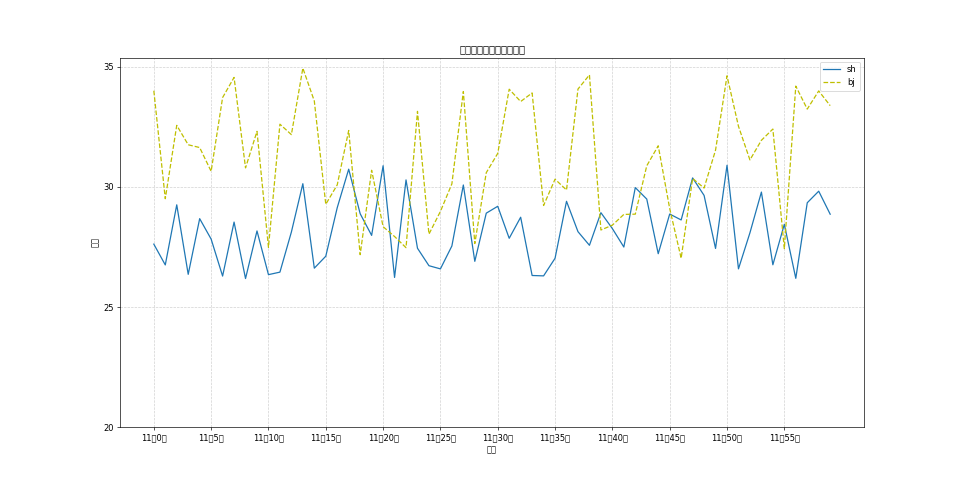
Repository: deancsdfy/AndroidPerformanceTool_windows
Script's output: python script/test.py
These files come from the project's save history. The script's output is drawn as it stood at one moment and after the next save; the edit follows.
Each picture stacks the figures in order, with grey between them; figures that are only written to a file come last. Random numbers start from a fixed seed.

Above is the script's output before, as saved 2019-12-21 21:07:17.

After the next save:
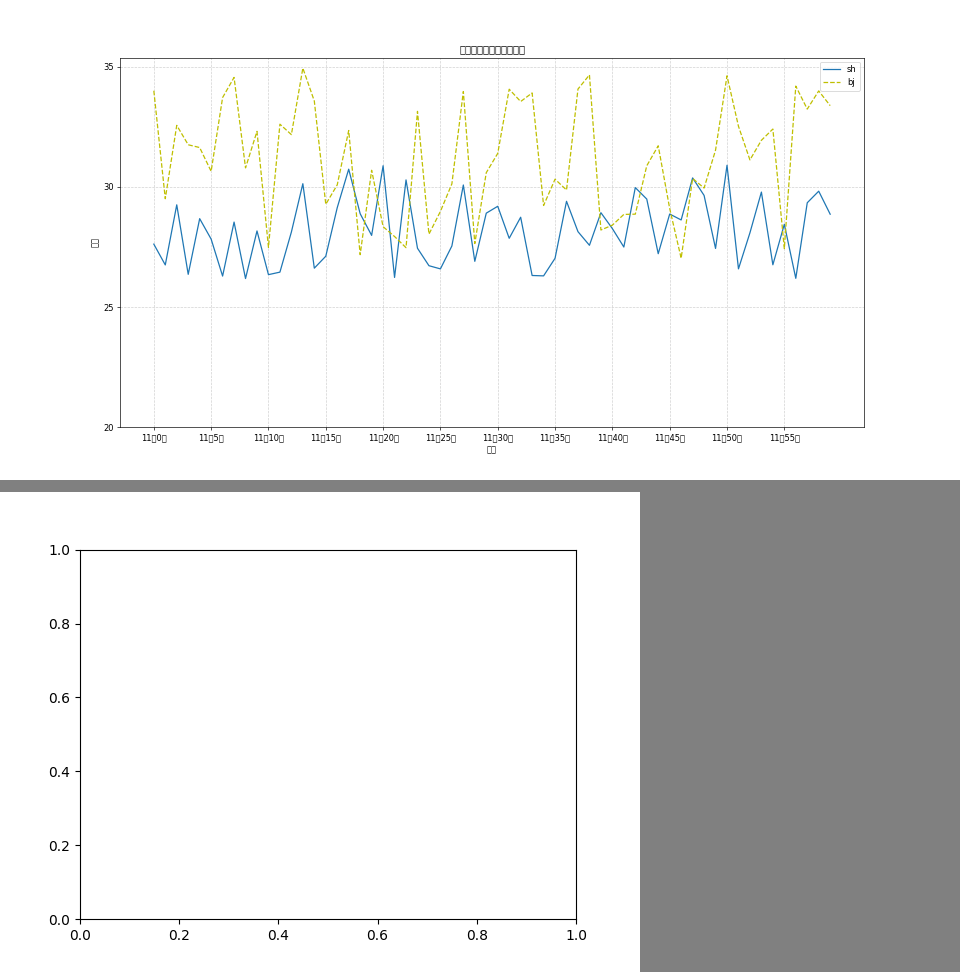
Saved 32 s later.
--- a/script/test.py
+++ b/script/test.py
@@ -38,6 +38,7 @@ plt.grid(True, linestyle="--", alpha=0.6)
 
 # 显示图例 -- loc：位置设置,详见下图  （新增）
 plt.legend(loc="best")
-
+fig = plt.figure(facecolor='white')
+ax = fig.add_subplot(111)
 # 显示图象
 plt.show()
